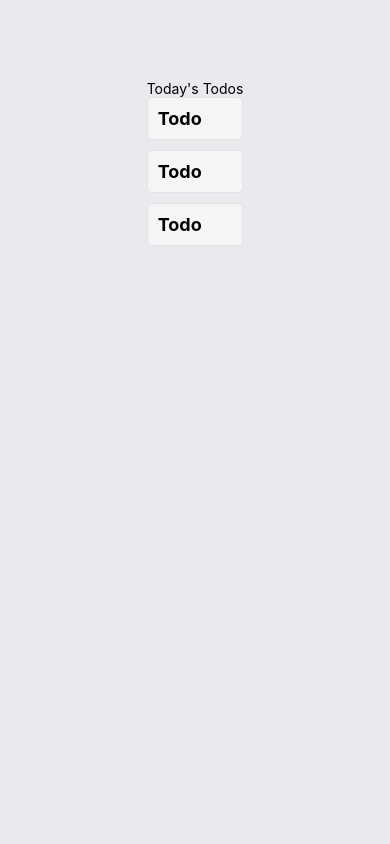
Repository: lomelo-x/ToDo-App
Screen: / (app in todo-app/)
An editor plug-in stored every save of this project. The screen is shown before and after the next save, followed by the edit.
The app was drawn by React Native's web renderer in a window 390 px wide. The project was rebuilt for these pictures with package versions that can differ from the ones it lists, and the page was loaded fresh each time.

Above is the screen before, as saved 2022-06-17 19:18:33.

### todo-app/App.js
import { StatusBar } from 'expo-status-bar';
import { StyleSheet, Text, View } from 'react-native';
import Todo from './components/Todo';

export default function App() {
	return (
		<View style={styles.container}>
			{/* Todays Todos */}
			<View style={styles.todoContainer}>
				<Text style={styles.sectionTitle}>Today's Todos</Text>
				<View style={styles.itemsContainer}>
					<Todo />
					<Todo />
					<Todo />
				</View>
			</View>
		</View>
	);
}

const styles = StyleSheet.create({
	container: {
		flex: 1,
		backgroundColor: '#E8EAED',
		alignItems: 'center',
	},
	todoContainer: {
		paddingTop: 80,
		paddingHorizontal: 20,
	},
	sectionTitle: {},
	itemsContainer: {},
});

### todo-app/components/Todo.js
import React from 'react';
import { View, Text, StyleSheet } from 'react-native';

const Todo = () => {
	return (
		<View style={styles.todo}>
			<Text style={styles.todoText}>Todo</Text>
		</View>
	);
};

const styles = StyleSheet.create({
	todo: {
		backgroundColor: '#f5f5f5',
		padding: 10,
		marginBottom: 10,
		borderRadius: 5,
		borderWidth: 1,
		borderColor: '#e3e3e3',
	},
	todoText: {
		fontSize: 18,
		fontWeight: 'bold',
	},
});

export default Todo;

After the next save:
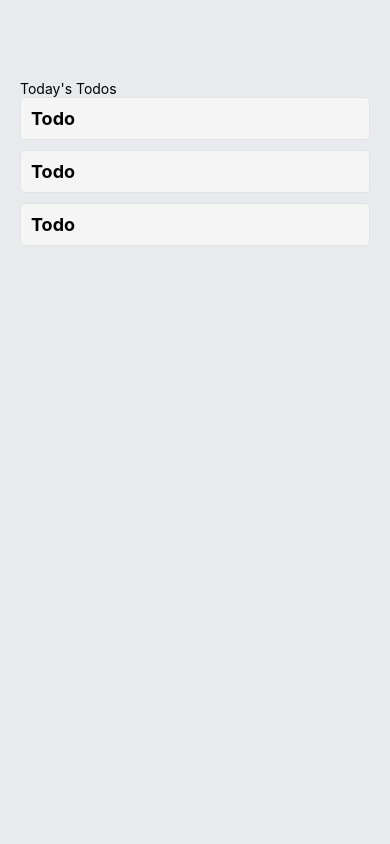
Saved 14 s later.
--- a/todo-app/App.js
+++ b/todo-app/App.js
@@ -22,7 +22,7 @@ const styles = StyleSheet.create({
 	container: {
 		flex: 1,
 		backgroundColor: '#E8EAED',
-		alignItems: 'center',
+
 	},
 	todoContainer: {
 		paddingTop: 80,
